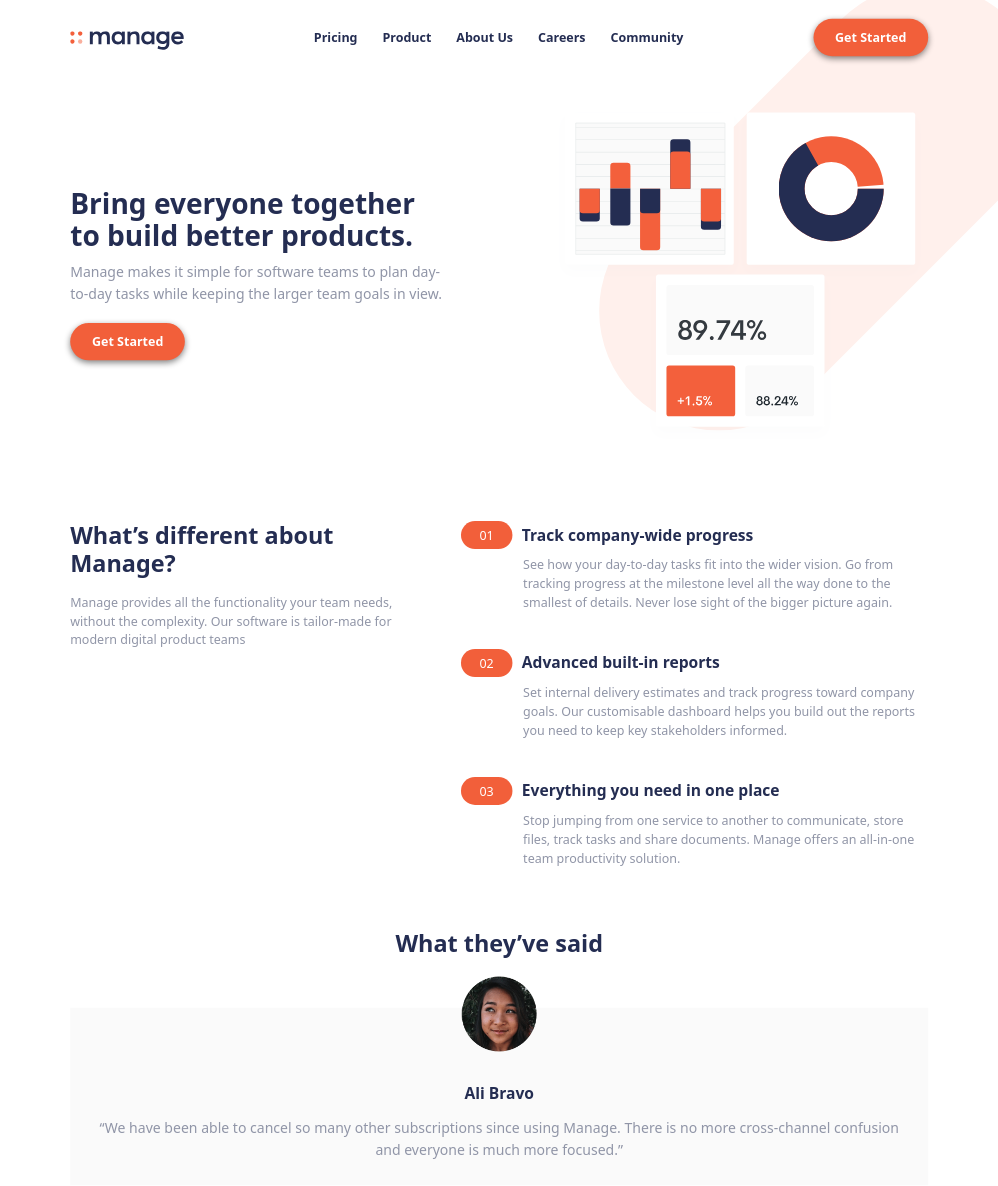
Repository: aqib-01/manage-landing-page
Page: /
The author's editor kept a copy of each file at every save. The page is drawn from the files as they stood at one save, then again after the next save.
The browser window is 1280 px wide. The pictures show the whole page, at 78% of full size.
The project was rebuilt for these pictures with package versions that can differ from the ones it lists, and the page was loaded fresh each time.

Above is the page before, as saved 2022-05-12 21:24:22.

After the next save:
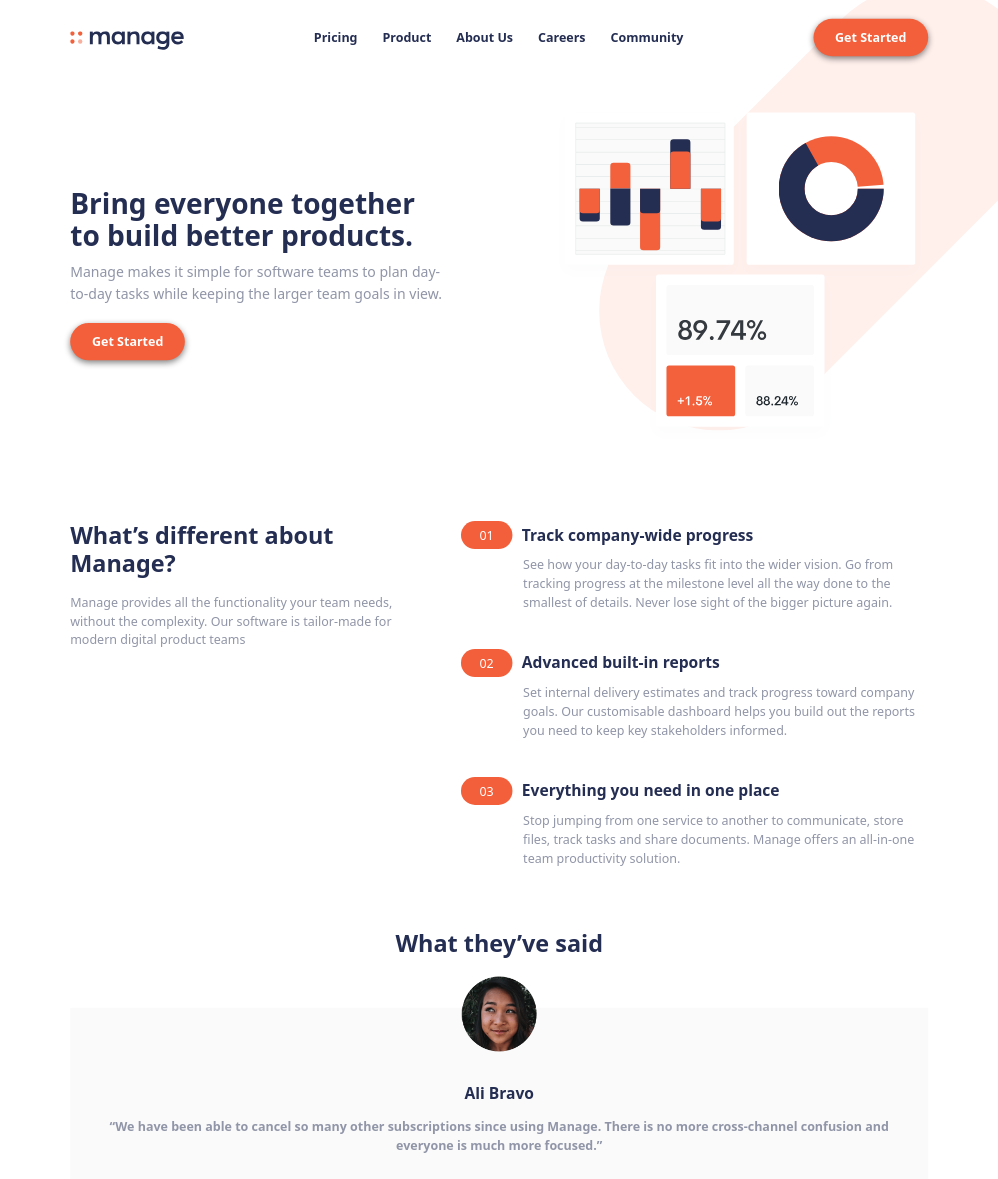
Saved 13 s later.
--- a/src/components/Testimonials.js
+++ b/src/components/Testimonials.js
@@ -18,7 +18,7 @@ const Testimonials = () => {
               <h5 className="text-dark-blue text-xl font-semibold text-center">
                 Ali Bravo
               </h5>
-              <p className="mt-4 text-dark-grayish-blue text-center text-lg">
+              <p className="mt-4 text-dark-grayish-blue text-center font-semibold">
                 “We have been able to cancel so many other subscriptions since
                 using Manage. There is no more cross-channel confusion and
                 everyone is much more focused.”
